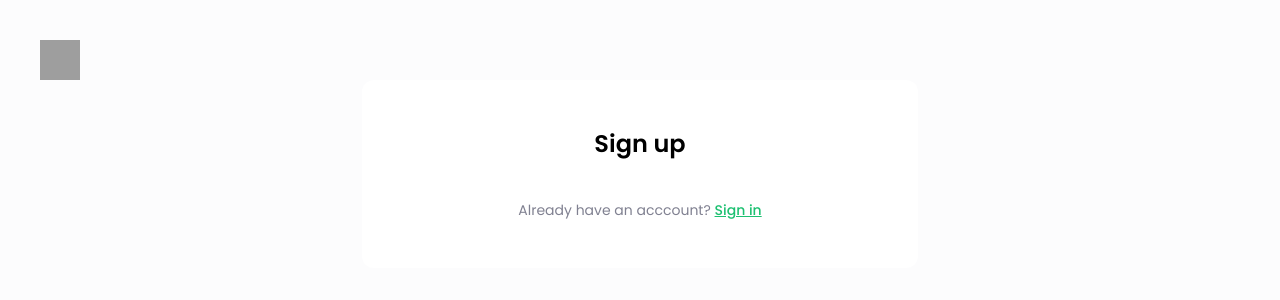
Repository: theweirdboiz/cudotiem-admin
Page: /auth/signup
An editor plug-in stored every save of this project. The page is shown before and after the next save, followed by the edit.
The browser window is 1280 px wide. The pictures show the whole page.
Pictures or frames that could not be fetched are drawn as grey boxes. The project was rebuilt for these pictures with package versions that can differ from the ones it lists, and the page was loaded fresh each time. Some packages were replaced by stand-ins written for this rebuild. Also part of the build but not shown: vite.config.js, src/components/checkbox/Checkbox.jsx, src/components/input/Input.jsx, src/components/common/ErrorComponent.jsx, src/layouts/components/header/Header.jsx, src/layouts/components/sidebar/Sidebar.jsx, src/layouts/components/index.jsx, src/layouts/DefaultLayout.jsx.

Above is the page before, as saved 2023-03-07 09:49:49.

### index.html
<!DOCTYPE html>
<html lang="en">
  <head>
    <meta charset="UTF-8" />
    <link rel="icon" type="image/svg+xml" href="/vite.svg" />
    <meta name="viewport" content="width=device-width, initial-scale=1.0" />
    <link rel="preconnect" href="https://fonts.googleapis.com" />
    <link rel="preconnect" href="https://fonts.gstatic.com" crossorigin />
    <link
      href="https://fonts.googleapis.com/css2?family=Poppins:wght@300;400;500;600;700&display=swap"
      rel="stylesheet"
    />
    <title>Vite + React</title>
  </head>
  <body>
    <div id="root"></div>
    <script type="module" src="/src/main.jsx"></script>
  </body>
</html>

### src/main.jsx
import React from "react";
import ReactDOM from "react-dom/client";
import App from "./App";
import "./index.scss";
import { QueryClient, QueryClientProvider } from "@tanstack/react-query";
import { ReactQueryDevtools } from "@tanstack/react-query-devtools";
import { Provider } from "react-redux";
import { store } from "./store/configStore";

const client = new QueryClient();

ReactDOM.createRoot(document.getElementById("root")).render(
  <React.StrictMode>
    <QueryClientProvider client={client}>
      <Provider store={store}>
        <App />
      </Provider>
      <ReactQueryDevtools initialIsOpen={false} />
    </QueryClientProvider>
  </React.StrictMode>
);

### src/App.jsx
import { Fragment, useState } from "react";
import { BrowserRouter as Router, Routes, Route } from "react-router-dom";
import { publicRoutes, privateRoutes } from "@routes";
import { DefaultLayout } from "@layouts";

function App() {
  return (
    <Router>
      <Routes>
        {/* {publicRoutes.map((route, index) => {
          const Page = route.component;
          const Layout = route.layout === null ? Fragment : DefaultLayout;
          return (
            <Route
              key={index}
              path={route.path}
              element={
                <Layout>
                  <Page />
                </Layout>
              }
            />
          );
        })}*/}
        {privateRoutes.map((route, index) => {
          const Page = route.component;
          let Layout = DefaultLayout;
          if (route.layout === null) {
            Layout = Fragment;
          } else {
            Layout = route.layout;
          }
          return (
            <Route
              key={index}
              path={route.path}
              element={
                <Layout>
                  <Page />
                </Layout>
              }
            />
          );
        })}
      </Routes>
    </Router>
  );
}

export default App;

### src/index.scss
@tailwind base;
@tailwind components;
@tailwind utilities;

@layer base {
  body {
    @apply font-primary  text-base;
  }
}

### src/store/configStore.jsx
import createSagaMiddleware from "@redux-saga/core";
import { configureStore } from "@reduxjs/toolkit";
import logger from "redux-logger";

const sagaMiddleware = createSagaMiddleware();

export const store = configureStore({
  reducer: {},
  middleware: (gDM) => gDM().concat(logger, sagaMiddleware),
});

### src/layouts/index.jsx
export { default as DefaultLayout } from "./DefaultLayout";
export { default as AuthLayout } from "./AuthLayout";

### src/routes/routes.jsx
import { RoutesConfig } from "@config/";

// import { SignUpPage } from "@pages";

import { AuthLayout } from "@layouts";
import { lazy } from "react";

const SignUpPage = lazy(() => import("@pages/auth/SingUpPage"));

const publicRoutes = [
  // {
  //   path: RoutesConfig.dashboard,
  //   component: Dashboard,
  //   text: "dashboard",
  // },
  // {
  //   path: RoutesConfig.order,
  //   component: OrderManagement,
  //   text: "order",
  // },
  // {
  //   path: RoutesConfig.post,
  //   component: PostManagement,
  //   text: "post",
  // },
  // {
  //   path: RoutesConfig.user,
  //   component: UserManagement,
  //   text: "user",
  // },
];
const privateRoutes = [
  // {
  //   path: RoutesConfig.login,
  //   component: Login,
  //   layout: AuthLayout,
  // },
  // {
  //   path: RoutesConfig.register,
  //   component: Register,
  //   layout: AuthLayout,
  // },
  {
    path: RoutesConfig.signup,
    component: SignUpPage,
    layout: AuthLayout,
  },
];

export { publicRoutes, privateRoutes };

### src/layouts/AuthLayout.jsx
import React from "react";
import PropTypes from "prop-types";
import { Link } from "react-router-dom";
import { withErrorBoundary } from "react-error-boundary";
import { ErrorComponent } from "@components";

import brand from "../assets/react.svg";

const AuthLayout = ({ children }) => {
  return (
    <div className="min-h-screen bg-lite p-10">
      <Link to="">
        <img src={brand} alt="" className="w-10 h-10" />
      </Link>
      <div className="w-full bg-white max-w-[556px] rounded-xl px-5 py-8 lg:px-16 lg:py-12 mx-auto">
        {children}
      </div>
    </div>
  );
};

AuthLayout.propTypes = {
  children: PropTypes.node,
};

export default withErrorBoundary(AuthLayout, {
  FallbackComponent: ErrorComponent,
});

### src/config/index.jsx
export { default as RoutesConfig } from "./routes-config/RoutesConfig";

### src/pages/auth/SingUpPage.jsx
import React from "react";
import PropTypes from "prop-types";
import { Link } from "react-router-dom";

const SideUpPage = (props) => {
  return (
    <>
      <h3 className="font-semibold text-2xl text-center mb-10">Sign up</h3>
      <p className="text-center lg:text-sm text-xs font-normal text-text-3">
        Already have an acccount?{" "}
        <Link className="text-primary font-medium underline" to="/auth/sign-in">
          Sign in
        </Link>
      </p>
    </>
  );
};

SideUpPage.propTypes = {};

export default SideUpPage;

### src/components/index.jsx
export { default as Checkbox } from "./checkbox/Checkbox";
export { default as Input } from "./input/Input";
export { default as ErrorComponent } from "./common/ErrorComponent";

### src/config/routes-config/RoutesConfig.jsx
export const routes = {
  dashboard: "/",
  orders: "/order",
  posts: "/post",
  users: "/user",
  signup: "/auth/signup",
  forget: "/forget-password",
};
export default routes;

### tailwind.config.cjs
/** @type {import('tailwindcss').Config} */
module.exports = {
  content: ["./index.html", "./src/**/*.{js,ts,jsx,tsx}"],
  theme: {
    extend: {
      fontFamily: {
        primary: ["Poppins", "sans-serif"],
      },
    },
    colors: {
      primary: "#1DC071",
      secondary: "#6F49FD",
      "text-1": "#171725",
      "text-2": "#4B5264",
      "text-3": "#808191",
      "text-4": "#B2B3BD",
      "icon-color": "#A2A2A8",
      white: "#FFFFFF",
      "white-soft": "#FCFBFF",
      "gray-soft": "#FCFCFC",
      strock: "#F1F1F3",
      lite: "#FCFCFD",
      error: "#EB5757",
      darkbg: "#13131A",
      darkSecondary: "#1C1C24",
      softDark: "#22222C",
      darkStroke: "#3A3443",
      darkRed: "#422C32",
    },
  },
  plugins: [],
};

Loaded but not shown: src/routes/index.jsx (common file)

After the next save:
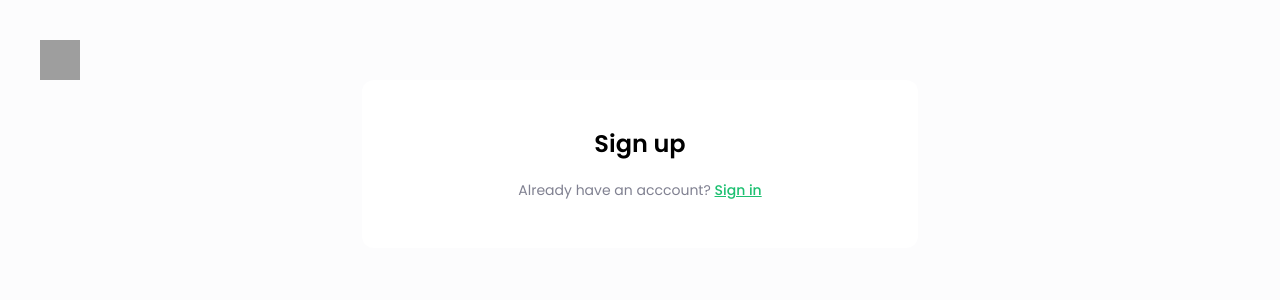
Saved 4 s later.
--- a/src/pages/auth/SingUpPage.jsx
+++ b/src/pages/auth/SingUpPage.jsx
@@ -5,7 +5,7 @@ import { Link } from "react-router-dom";
 const SideUpPage = (props) => {
   return (
     <>
-      <h3 className="font-semibold text-2xl text-center mb-10">Sign up</h3>
+      <h3 className="font-semibold text-2xl text-center mb-5">Sign up</h3>
       <p className="text-center lg:text-sm text-xs font-normal text-text-3">
         Already have an acccount?{" "}
         <Link className="text-primary font-medium underline" to="/auth/sign-in">
